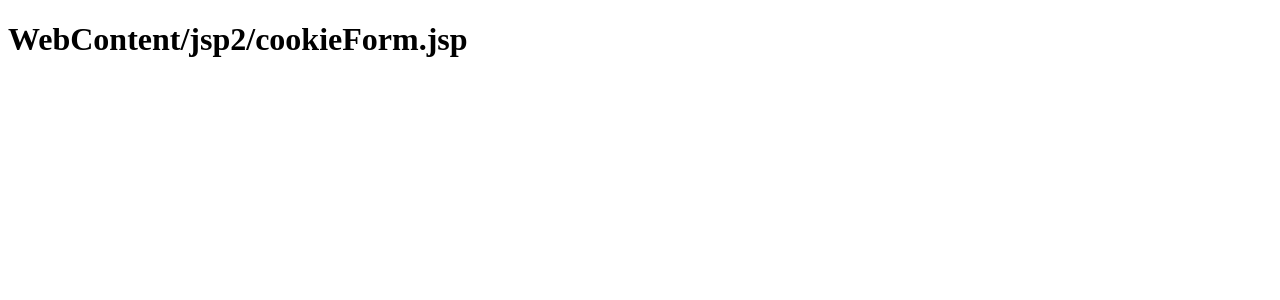
Repository: ReadStar/workspace_jsp
Page: http://localhost/StudyJSP/jsp2/cookieForm.jsp
An editor plug-in stored every save of this project. The page is shown before and after the next save, followed by the edit.
The browser window is 1280 px wide. The pictures show the whole page.
The page is served by Tomcat 9.

Above is the page before, as saved 2020-08-14 03:08:07.

After the next save:
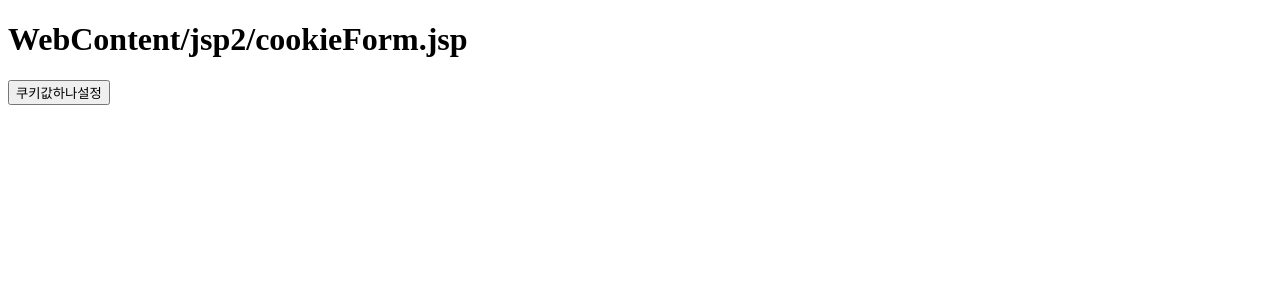
Saved 105 s later.
--- a/StudyJSP/WebContent/jsp2/cookieForm.jsp
+++ b/StudyJSP/WebContent/jsp2/cookieForm.jsp
@@ -8,5 +8,7 @@
 </head>
 <body>
 <h1>WebContent/jsp2/cookieForm.jsp</h1>
+<input type="button" value="쿠키값하나설정" onclick="location.href='cookieSet.jsp'">
+
 </body>
 </html>
